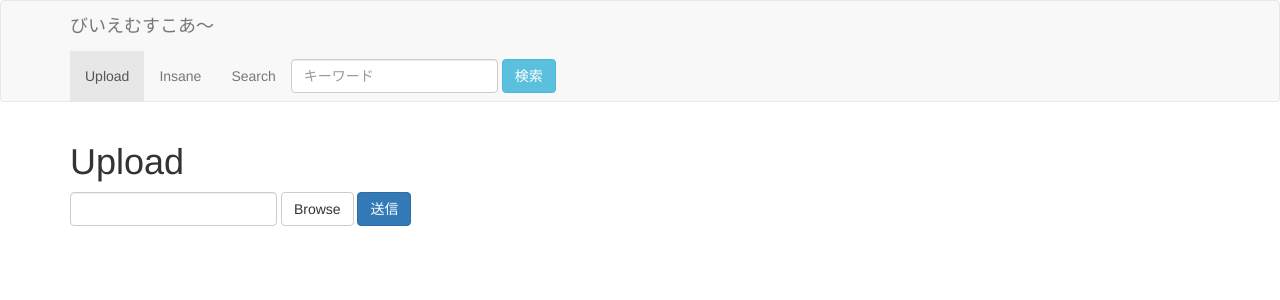
Repository: h1dia/bmscore
Page: upload.html
The author's editor kept a record of every edit. The page is drawn from the files as they stood at one moment, then again after the next edit.
The browser window is 1280 px wide. The pictures show the whole page.
Some web libraries are served in a nearby version.

Above is the page before.

### upload.html
<!DOCTYPE html>
<html lang="ja">
  <head>
    <meta charset="utf-8">
    <meta http-equiv="X-UA-Compatible" content="IE=edge">
    <meta name="viewport" content="width=device-width, initial-scale=1">
    <!-- The above 3 meta tags *must* come first in the head; any other head content must come *after* these tags -->
    <title>Index</title>

    <!-- Bootstrap -->
    <link href="css/bootstrap.min.css" rel="stylesheet">
    <link href="css/bootstrap.css" rel="stylesheet">

    <!-- HTML5 shim and Respond.js for IE8 support of HTML5 elements and media queries -->
    <!-- WARNING: Respond.js doesn't work if you view the page via file:// -->
    <!--[if lt IE 9]>
      <script src="https://oss.maxcdn.com/html5shiv/3.7.2/html5shiv.min.js"></script>
      <script src="https://oss.maxcdn.com/respond/1.4.2/respond.min.js"></script>
    <![endif]-->

  </head>

  <nav class="navbar navbar-default">
    <div class="container">
        <!-- モバイル表示 -->
        <div class="navbar-header">
            <button type="button" class="navbar-toggle"
            data-toggle="collapse" data-target="#navbar-menu">
                <span class="icon-bar"></span>
                <span class="icon-bar"></span>
                <span class="icon-bar"></span>
            </button>
            <a class="navbar-brand" href="#">びいえむすこあ～</a>
        </div>

        <!-- ヘッダ情報 -->
        <div class="collapse navbar-collapse" id="navbar-menu">


        </div>
        <!-- リストの配置 -->
        <ul class="nav navbar-nav">
            <li class="active"><a href="upload.html">Upload</a></li>
            <li><a href="#">Insane</a></li>
        </ul>

        <p class="navbar-text">Search</p>
          <form class="navbar-form">
            <div class="form-group">
                <input type="text" class="form-control" placeholder="キーワード">
            </div>
            <button type="submit" class="btn btn-info">検索</button>
        </form>

    </div>
  </nav>

    <!-- jQuery (necessary for Bootstrap's JavaScript plugins) -->
    <script src="//ajax.googleapis.com/ajax/libs/jquery/2.1.3/jquery.min.js"></script>
    <!-- Include all compiled plugins (below), or include individual files as needed -->
    <script src="js/bootstrap.min.js"></script>

    <body>
    <div class=container>

        <h1>Upload</h1>
        <p class="info"></p>


        <div class="row">
        <form action="javascript:;">
          <input id="lefile" type="file" style="display:none">
            <div class="col-xs-8 form-inline">
                <input id="filepath" class="form-control" type="text">
                <a class="btn btn-default" onclick="$('input[id=lefile]').click();">Browse</a>
                <input type="submit" class="btn btn-primary" id="update" value="送信" />
            </div>
        </form>
        </div>

      <script>
      $('input[id=lefile]').change(function() {
        $('#filepath').val($(this).val().replace(/(c:\\)*fakepath\\/i, ''));
      });

      $(function(){
          $("#update").bind("click", function(){
            $("p.alert").html("<img src='./pic/loader.gif'/>");

            var fd = new FormData();

            if ( $("#lefile").val() !== '' ) {
              fd.append( "file", $("#lefile").prop("files")[0] );
            }

            // dataにFormDataを指定する場合 processData,contentTypeをfalseにしてjQueryがdataを処理しないようにする
            var postData = {
              type : "POST",
              dataType : "text",
              data : fd,
              processData : false,
              contentType : false
            };

            $.ajax( "./upload.php", postData ).done(function( text ){
              $("p.alert").html(text);
            });

          });
        });
        </script>

        <p></p>

        <div class="row">
        <p class="alert"></p>
        </div>

        </div>
    </body>
</html>

Loaded but not shown: css/bootstrap.min.css (library); css/bootstrap.css (library); js/bootstrap.min.js (library)

After the next edit:
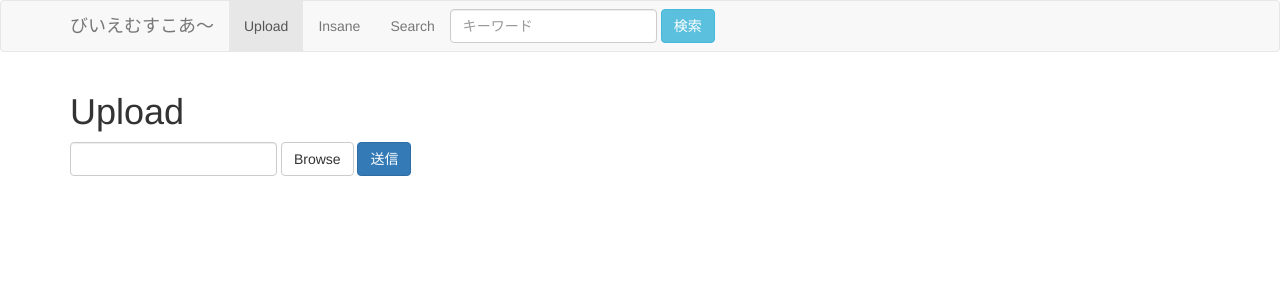
The edit:
--- a/upload.html
+++ b/upload.html
@@ -36,8 +36,6 @@
         <!-- ヘッダ情報 -->
         <div class="collapse navbar-collapse" id="navbar-menu">
 
-
-        </div>
         <!-- リストの配置 -->
         <ul class="nav navbar-nav">
             <li class="active"><a href="upload.html">Upload</a></li>
@@ -47,10 +45,12 @@
         <p class="navbar-text">Search</p>
           <form class="navbar-form">
             <div class="form-group">
-                <input type="text" class="form-control" placeholder="キーワード">
+               <input type="text" class="form-control" placeholder="キーワード">
             </div>
             <button type="submit" class="btn btn-info">検索</button>
-        </form>
+          </form>
+
+        </div>
 
     </div>
   </nav>
